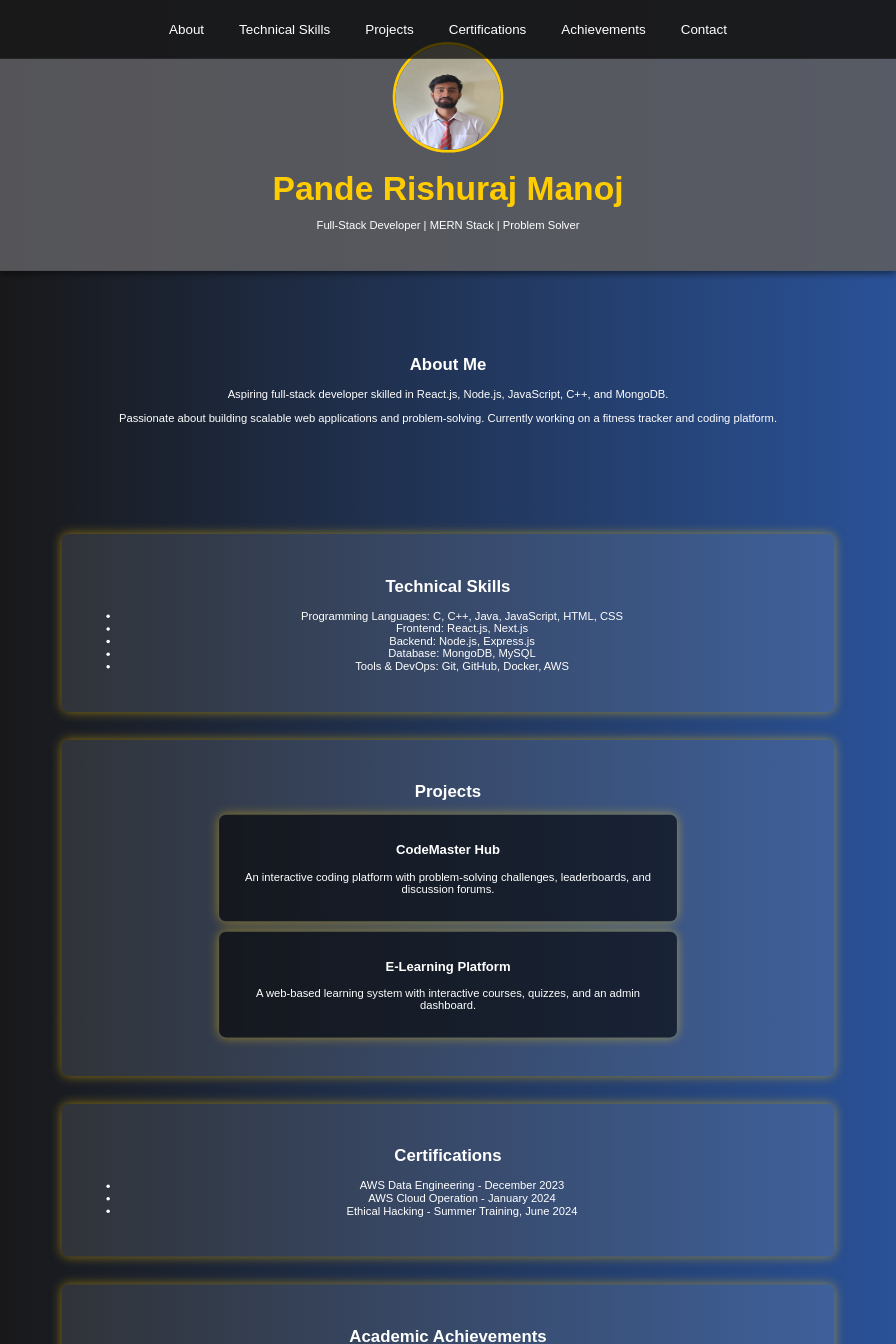
Repository: Rishuraj-Pandey/portfolio
Page: index.html
These files come from the project's save history. The page is drawn as it stood at one moment and after the next save; the edit follows.
The browser window is 1280 px wide. The pictures show the part of the page from y = 0 to 1920 px (the page is 2791 px tall), at 70% of full size.

Above is the page before, as saved 2025-03-22 01:11:21.

### index.html
<!DOCTYPE html>
<html lang="en">
<head>
    <meta charset="UTF-8">
    <meta name="viewport" content="width=device-width, initial-scale=1.0">
    <title>Pande Rishuraj Manoj - Portfolio</title>
    <link rel="stylesheet" href="style.css">
</head>
<body>
    <header>
        <img src="profile.jpg.jpg" alt="Profile Picture" class="profile-pic">
        <h1>Pande Rishuraj Manoj</h1>
        <p>Full-Stack Developer | MERN Stack | Problem Solver</p>
    </header>

    <nav>
        <ul>
            <li><a href="#about">About</a></li>
            <li><a href="#tech">Technical Skills</a></li>
            <li><a href="#projects">Projects</a></li>
            <li><a href="#certifications">Certifications</a></li>
            <li><a href="#achievements">Achievements</a></li>
            <li><a href="#contact">Contact</a></li>
        </ul>
    </nav>

    <section class="about" id="about">
        <h2>About Me</h2>
        <p>Aspiring full-stack developer skilled in React.js, Node.js, JavaScript, C++, and MongoDB.</p>
        <p>Passionate about building scalable web applications and problem-solving. Currently working on a fitness tracker and coding platform.</p>
    </section>

    <section class="tech" id="tech">
        <h2>Technical Skills</h2>
        <ul>
            <li>Programming Languages: C, C++, Java, JavaScript, HTML, CSS</li>
            <li>Frontend: React.js, Next.js</li>
            <li>Backend: Node.js, Express.js</li>
            <li>Database: MongoDB, MySQL</li>
            <li>Tools & DevOps: Git, GitHub, Docker, AWS</li>
        </ul>
    </section>

    <section class="projects" id="projects">
        <h2>Projects</h2>
        <div class="project-card">
            <h3>CodeMaster Hub</h3>
            <p>An interactive coding platform with problem-solving challenges, leaderboards, and discussion forums.</p>
        </div>
        <div class="project-card">
            <h3>E-Learning Platform</h3>
            <p>A web-based learning system with interactive courses, quizzes, and an admin dashboard.</p>
        </div>
    </section>

    <section class="certifications" id="certifications">
        <h2>Certifications</h2>
        <ul>
            <li>AWS Data Engineering - December 2023</li>
            <li>AWS Cloud Operation - January 2024</li>
            <li>Ethical Hacking - Summer Training, June 2024</li>
        </ul>
    </section>

    <section class="achievements" id="achievements">
        <h2>Academic Achievements</h2>
        <ul>
            <li>Secured 5-Star Badge in C++ & Problem-Solving on HackerRank</li>
            <li>Ranked 6th in National Science Day Coding Competition (200+ participants)</li>
        </ul>
    </section>

    <section class="experience" id="experience">
        <h2>Work & Internship Experience</h2>
        <p>Currently working on full-stack development projects and open-source contributions.</p>
        <p>Previously completed a summer internship in Ethical Hacking.</p>
    </section>

    <section class="contact" id="contact">
        <h2>Contact</h2>
        <p>Email: <a href="mailto:rishurajpande@gmail.com">rishurajpande@gmail.com</a></p>
        <p>LinkedIn: <a href="https://www.linkedin.com/in/rishuraj-pandey-08a9012b0/" target="_blank">linkedin.com/in/rishuraj-pandey</a></p>
        <p>GitHub: <a href="https://github.com/rishurajpande" target="_blank">github.com/rishurajpande</a></p>
    </section>

    <footer>
        <p>&copy; 2025 Pande Rishuraj Manoj. All Rights Reserved.</p>
    </footer>
</body>
</html>

### style.css
body {
    font-family: 'Poppins', sans-serif;
    margin: 0;
    padding: 0;
    background: linear-gradient(to right, #181819, #2a5298);
    color: white;
    text-align: center;
    scroll-behavior: smooth;
}

header {
    background: rgba(92, 93, 96, 0.9);
    padding: 40px 20px;
    box-shadow: 0px 4px 10px rgba(0, 0, 0, 0.5);
}

h1 {
    margin: 0;
    font-size: 3em;
    color: #ffcc00;
}

.profile-pic {
    width: 150px;
    height: 150px;
    border-radius: 50%;
    margin: 20px 0;
    border: 4px solid #ffcc00;
}

nav {
    background: rgba(0, 0, 0, 0.7);
    position: fixed;
    top: 0;
    width: 100%;
    padding: 15px 0;
    z-index: 1000;
    transition: all 0.3s;
}

nav ul {
    list-style: none;
    padding: 0;
    display: flex;
    justify-content: center;
    gap: 20px;
}

nav ul li {
    display: inline;
}

nav ul li a {
    color: white;
    text-decoration: none;
    padding: 10px 15px;
    font-size: 1.2em;
    transition: color 0.3s, transform 0.2s;
}

nav ul li a:hover {
    color: #ffcc00;
    transform: scale(1.1);
}

section {
    padding: 100px 20px;
}

.tech, .certifications, .achievements, .projects, .experience {
    background: rgba(255, 255, 255, 0.1);
    padding: 40px;
    border-radius: 10px;
    margin: 40px auto;
    width: 80%;
    box-shadow: 0px 0px 15px rgba(255, 204, 0, 0.5);
    animation: fadeIn 1.2s ease-in-out;
}

.project-card {
    background-color: rgba(0, 0, 0, 0.6);
    padding: 20px;
    margin: 15px auto;
    width: 60%;
    border-radius: 10px;
    box-shadow: 0px 0px 15px rgba(255, 204, 0, 0.5);
    transition: transform 0.3s, box-shadow 0.3s;
}

.project-card:hover {
    transform: scale(1.05);
    box-shadow: 0px 0px 25px rgba(255, 204, 0, 0.8);
}

.contact a {
    color: #ffcc00;
    text-decoration: none;
    font-weight: bold;
}

.contact a:hover {
    text-decoration: underline;
    color: #ff6600;
}

footer {
    background: rgba(0, 0, 0, 0.8);
    padding: 20px;
    font-size: 1em;
}

@keyframes fadeIn {
    from { opacity: 0; }
    to { opacity: 1; }
}

@media (max-width: 768px) {
    nav ul {
        flex-direction: column;
        text-align: center;
    }
    .project-card, .tech, .certifications, .achievements, .experience {
        width: 90%;
    }
}

After the next save:
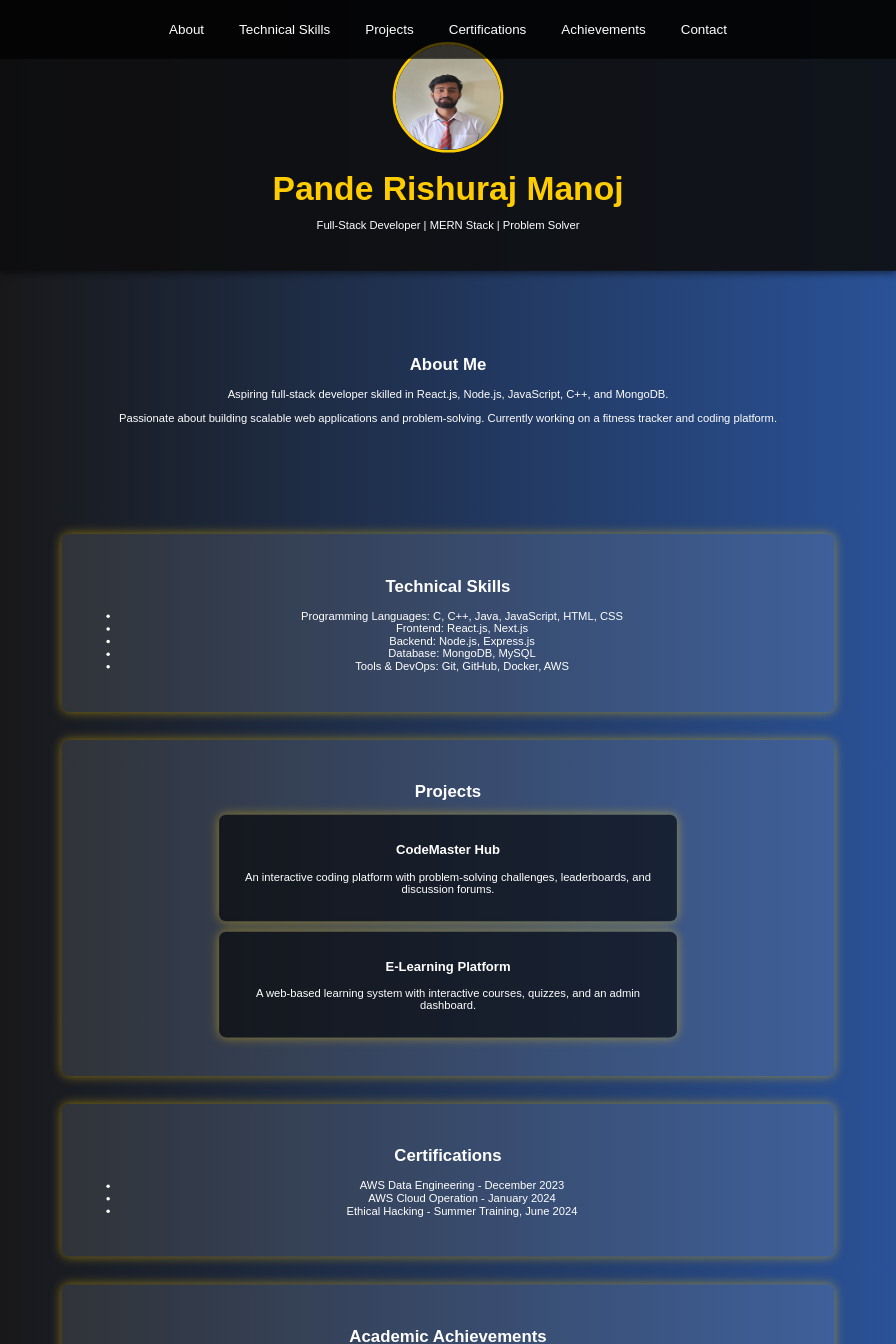
Saved 28 s later.
--- a/style.css
+++ b/style.css
@@ -9,7 +9,7 @@ body {
 }
 
 header {
-    background: rgba(92, 93, 96, 0.9);
+    background: rgba(14, 14, 15, 0.9);
     padding: 40px 20px;
     box-shadow: 0px 4px 10px rgba(0, 0, 0, 0.5);
 }
